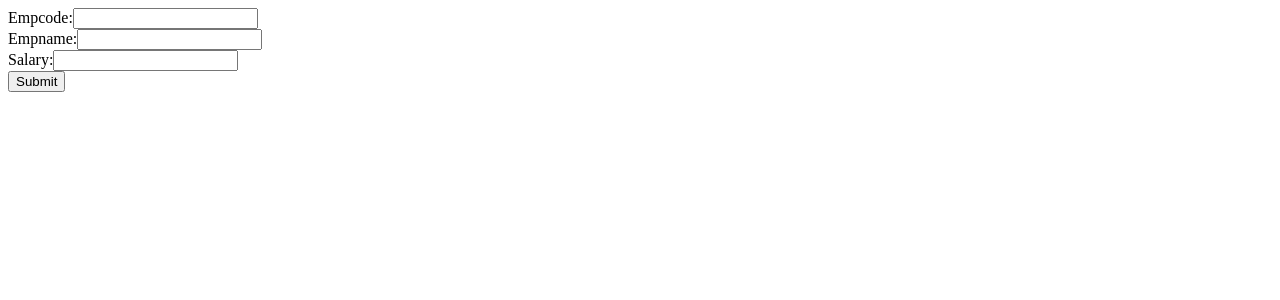
Repository: suma94/MyProjects
Page: http://localhost/ServletDemo/CreateEmployee.jsp
An editor plug-in stored every save of this project. The page is shown before and after the next save, followed by the edit.
The browser window is 1280 px wide. The pictures show the whole page.
The page is served by Tomcat 9. Other server files are loaded and not shown.

Above is the page before, as saved 2015-08-17 07:10:34.

### ServletDemo/WebContent/CreateEmployee.jsp
<%@ page language="java" contentType="text/html; charset=ISO-8859-1"
    pageEncoding="ISO-8859-1"%>
<!DOCTYPE html PUBLIC "-//W3C//DTD HTML 4.01 Transitional//EN" "http://www.w3.org/TR/html4/loose.dtd">
<html>
<head>
<meta http-equiv="Content-Type" content="text/html; charset=ISO-8859-1">
<title>Insert title here</title>
</head>
<body>
	<form action="AddEmployee">
	Empcode:<input type="text" name="empcode"><br>
	Empname:<input type="text" name="empname"><br>
	Salary:<input type="text" name="salary"><br>
	<input type="submit">
	</form>
</body>
</html>

After the next save:
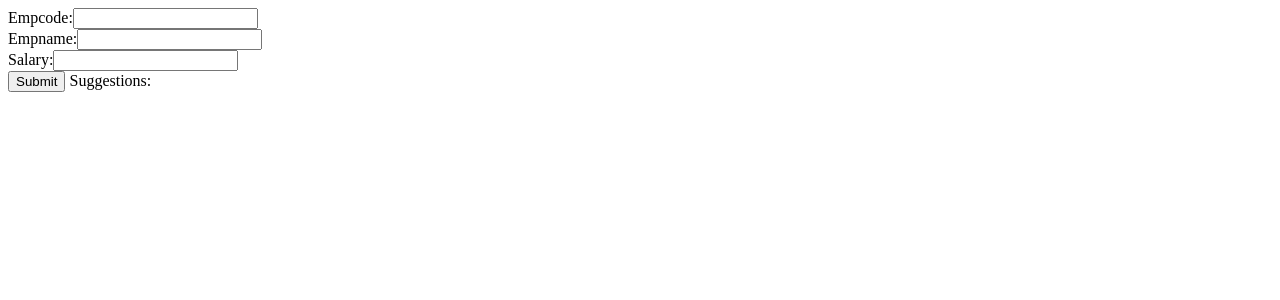
Saved 21 min 41 s later.
--- a/ServletDemo/WebContent/CreateEmployee.jsp
+++ b/ServletDemo/WebContent/CreateEmployee.jsp
@@ -7,11 +7,12 @@
 <title>Insert title here</title>
 </head>
 <body>
-	<form action="AddEmployee">
-	Empcode:<input type="text" name="empcode"><br>
+	<form action="">
+	Empcode:<input type="text" id="code" name="empcode" onkeyup="showHint(this.value)"><br>
 	Empname:<input type="text" name="empname"><br>
 	Salary:<input type="text" name="salary"><br>
 	<input type="submit">
+	Suggestions:<span id="t"></span>
 	</form>
 </body>
 </html>
